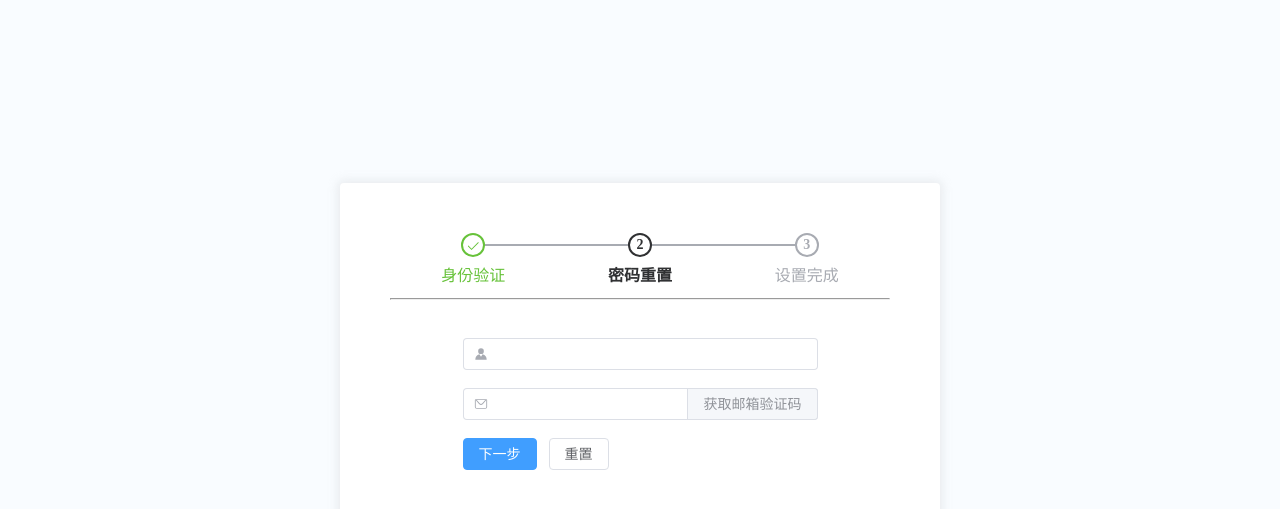
Repository: Harmony-camp/ckw-manager
Page: /#/ForgotPassword (app in manage/)
These files come from the project's save history. The page is drawn as it stood at one moment and after a run of saves; the edit follows.
The browser window is 1280 px wide. The pictures show the whole page.
The project was rebuilt for these pictures with package versions that can differ from the ones it lists, and the page was loaded fresh each time. Also part of the build but not shown: manage/vite.config.js.

Above is the page before, as saved 2023-05-27 11:35:37.

After the next 3 saves:
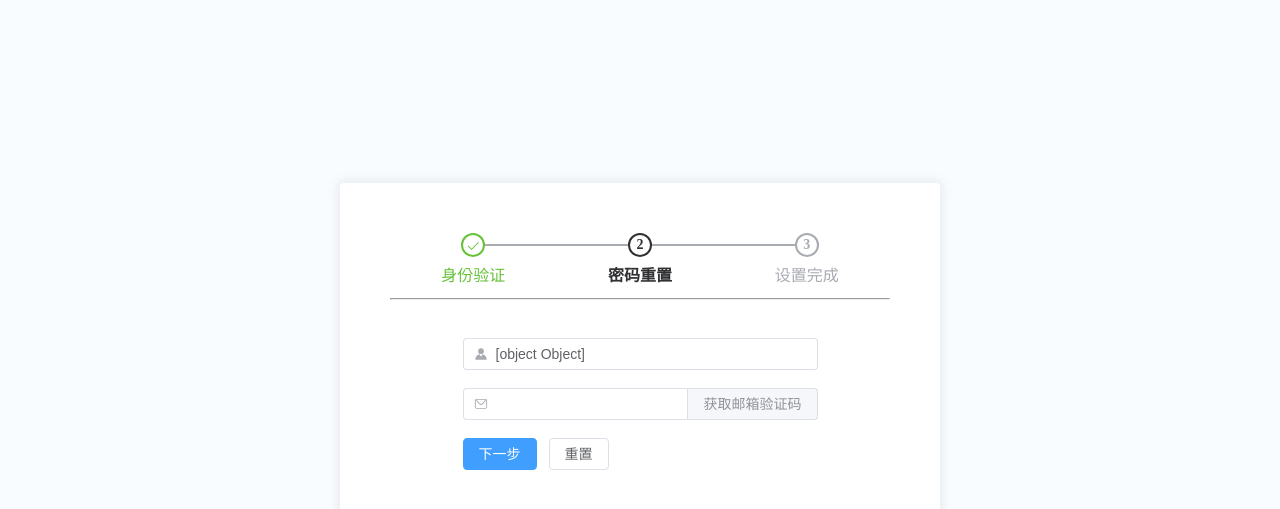
The 3 saves are shown as one change because they came seconds apart.
The last was saved 16 s later.
--- a/manage/src/views/login/ForgotPassword.vue
+++ b/manage/src/views/login/ForgotPassword.vue
@@ -10,9 +10,9 @@
       <div class="main">
         <div class="setIdentity" v-if="active == 1">
           <div class="form">
-            <el-form v-model="identity">
+            <el-form :model="identity">
               <el-form-item>
-                <el-input  :prefix-icon="Avatar" />
+                <el-input v-model="identity" :prefix-icon="Avatar" />
               </el-form-item>
               <el-form-item>
                 <el-input :prefix-icon="Message">

After the save that followed:
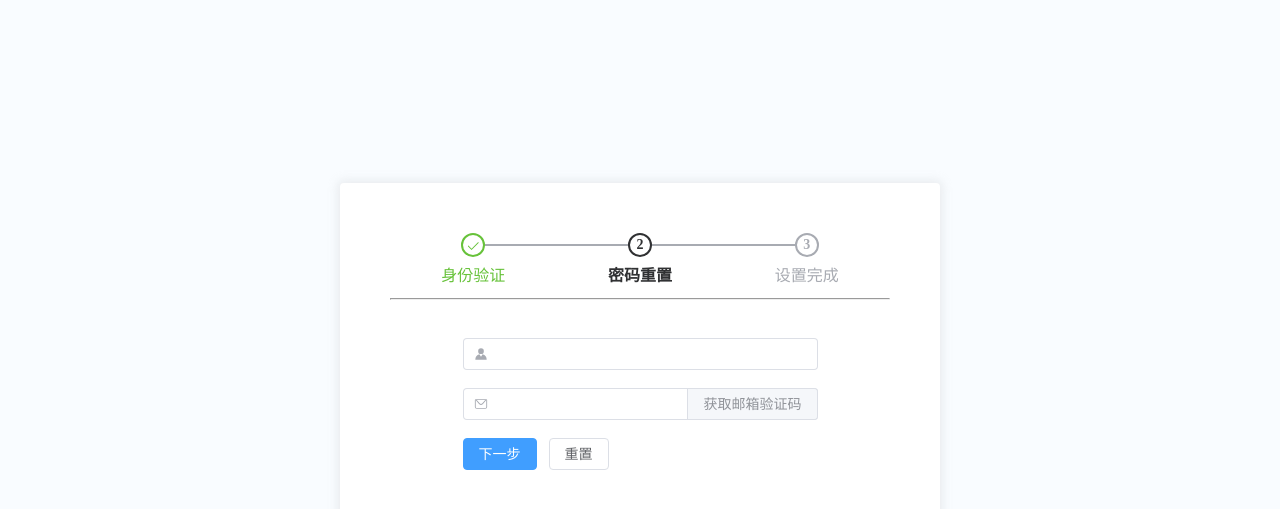
Saved 18 s later.
--- a/manage/src/views/login/ForgotPassword.vue
+++ b/manage/src/views/login/ForgotPassword.vue
@@ -12,7 +12,7 @@
           <div class="form">
             <el-form :model="identity">
               <el-form-item>
-                <el-input v-model="identity" :prefix-icon="Avatar" />
+                <el-input v-model="identity.email" :prefix-icon="Avatar" />
               </el-form-item>
               <el-form-item>
                 <el-input :prefix-icon="Message">
